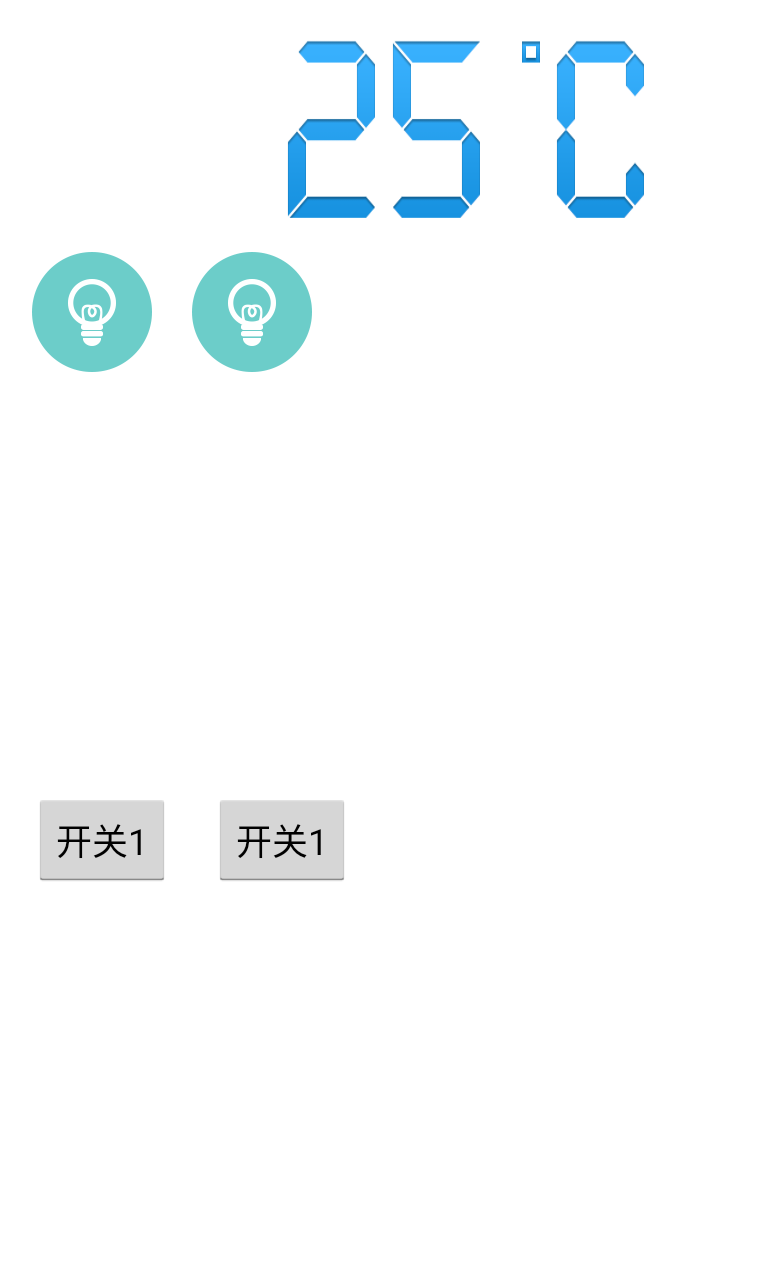
Repository: MyungSinKim/mqtt-demo
Layout: cloud2-demo/res/layout/main.xml
These files come from the project's save history. The layout is drawn as it stood at one moment and after the next save; the edit follows.
It is drawn on a 768 x 1280 px phone screen (xhdpi) without system bars, with theme AppTheme; the app's code is not run.

Above is the layout before, as saved 2015-11-02 05:16:40.

After the next save:
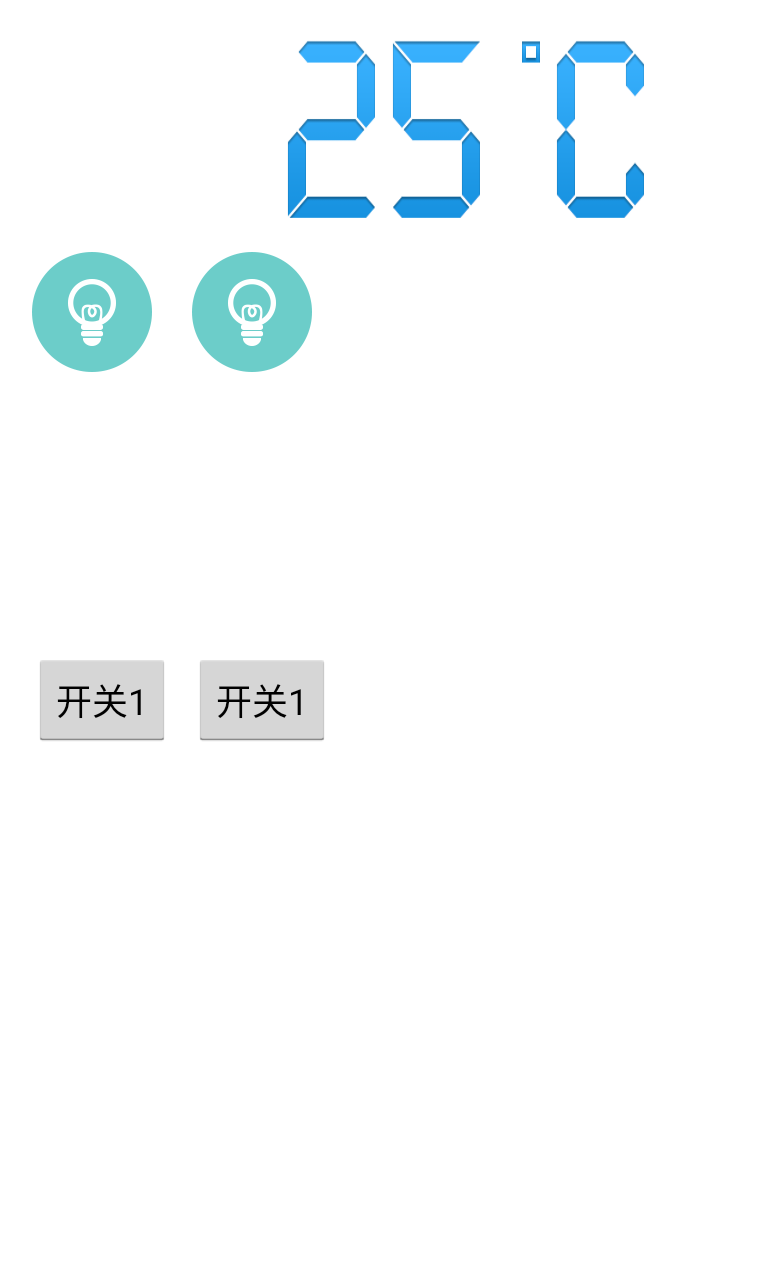
Saved 17 s later.
--- a/cloud2-demo/res/layout/main.xml
+++ b/cloud2-demo/res/layout/main.xml
@@ -58,7 +58,7 @@
         android:layout_width="wrap_content"
         android:layout_height="wrap_content"
         android:layout_below="@+id/rl2"
-        android:layout_marginTop="80dp"
+        android:layout_marginTop="10dp"
         android:text="开关1" />
 
     <Button
@@ -67,7 +67,7 @@
         android:layout_height="wrap_content"
         android:layout_alignTop="@+id/imageButton1"
         android:layout_below="@+id/rl2"
-        android:layout_marginLeft="20dp"
+        android:layout_marginLeft="10dp"
         android:layout_toRightOf="@id/imageButton1"
         android:text="开关1" />
 
